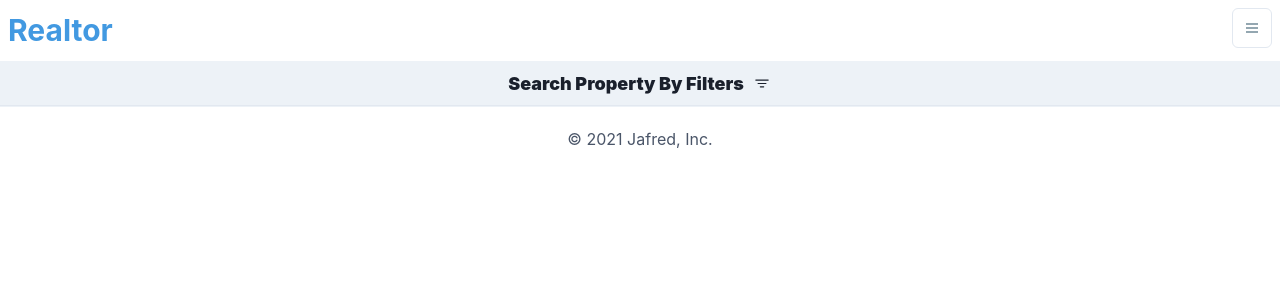
Repository: jafredk/Realestate
Page: /search
These files come from the project's save history. The page is drawn as it stood at one moment and after the next save; the edit follows.
The browser window is 1280 px wide. The pictures show the whole page.
The project was rebuilt for these pictures with package versions that can differ from the ones it lists, and the page was loaded fresh each time. The framework's server and built-in components were replaced by stand-ins that run in the browser. Also part of the build but not shown: next.config.js.

Above is the page before, as saved 2022-01-27 12:11:02.

After the next save:
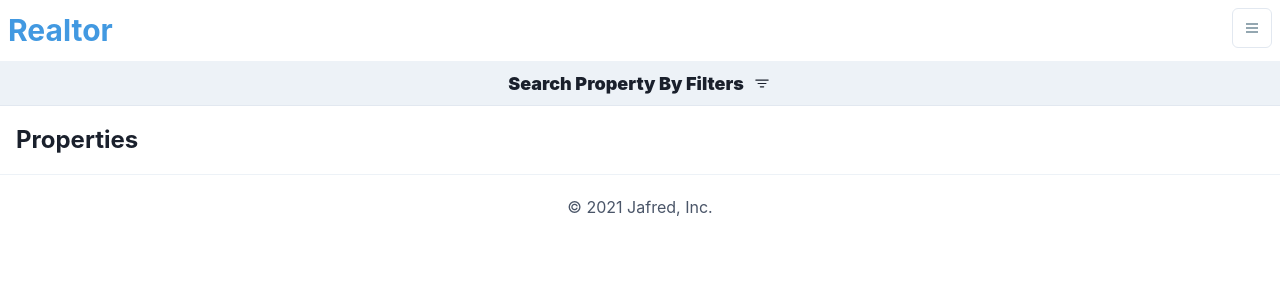
Saved 63 s later.
--- a/pages/search.js
+++ b/pages/search.js
@@ -28,6 +28,11 @@ const Search = ({ properties }) => {
             <Icon paddingLeft='2' w='7' as={BsFilter} />
 
             </Flex>
+
+            {searchFilters && <SearchFilters />}
+      <Text fontSize='2xl' p='4' fontWeight='bold'>
+        Properties {router.query.purpose}
+      </Text>
         </Box>
     )
 }
